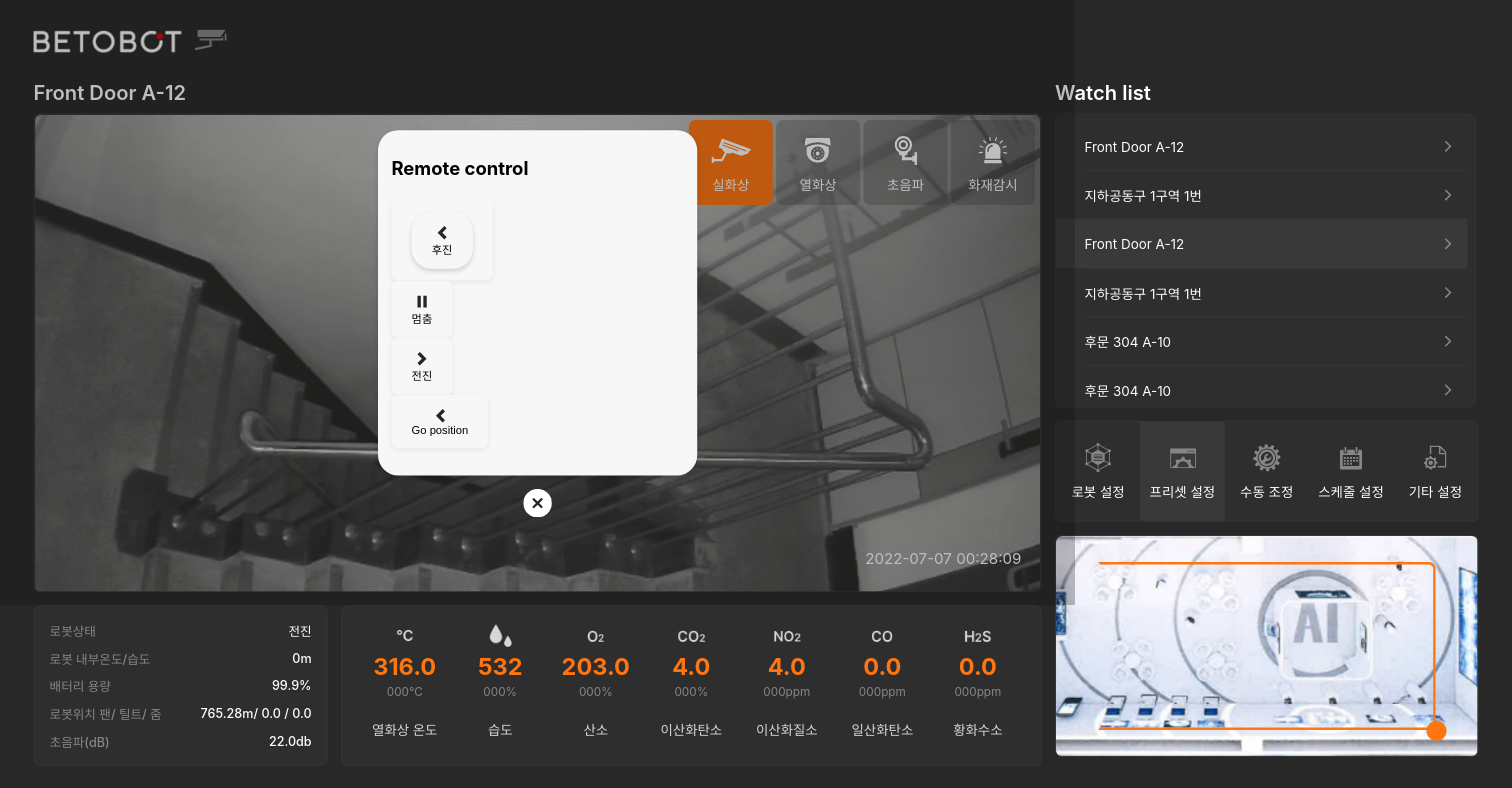
Repository: jang0ha/betobot
Page: content/main/main.html
These files come from the project's save history. The page is drawn as it stood at one moment and after the next save; the edit follows.
The browser window is 1280 px wide. The page is 1800 px wide, so the pictures cover 1800 px, including what lies to the right of the window. The pictures show the whole page, at 84% of full size.
Some web fonts or font styles are not loaded; a fallback is used. The style sheet was rebuilt from its Sass, Less or Tailwind sources for each picture, by a compiler version that may differ from the author's.

Above is the page before, as saved 2022-07-20 14:52:07.

After the next save:
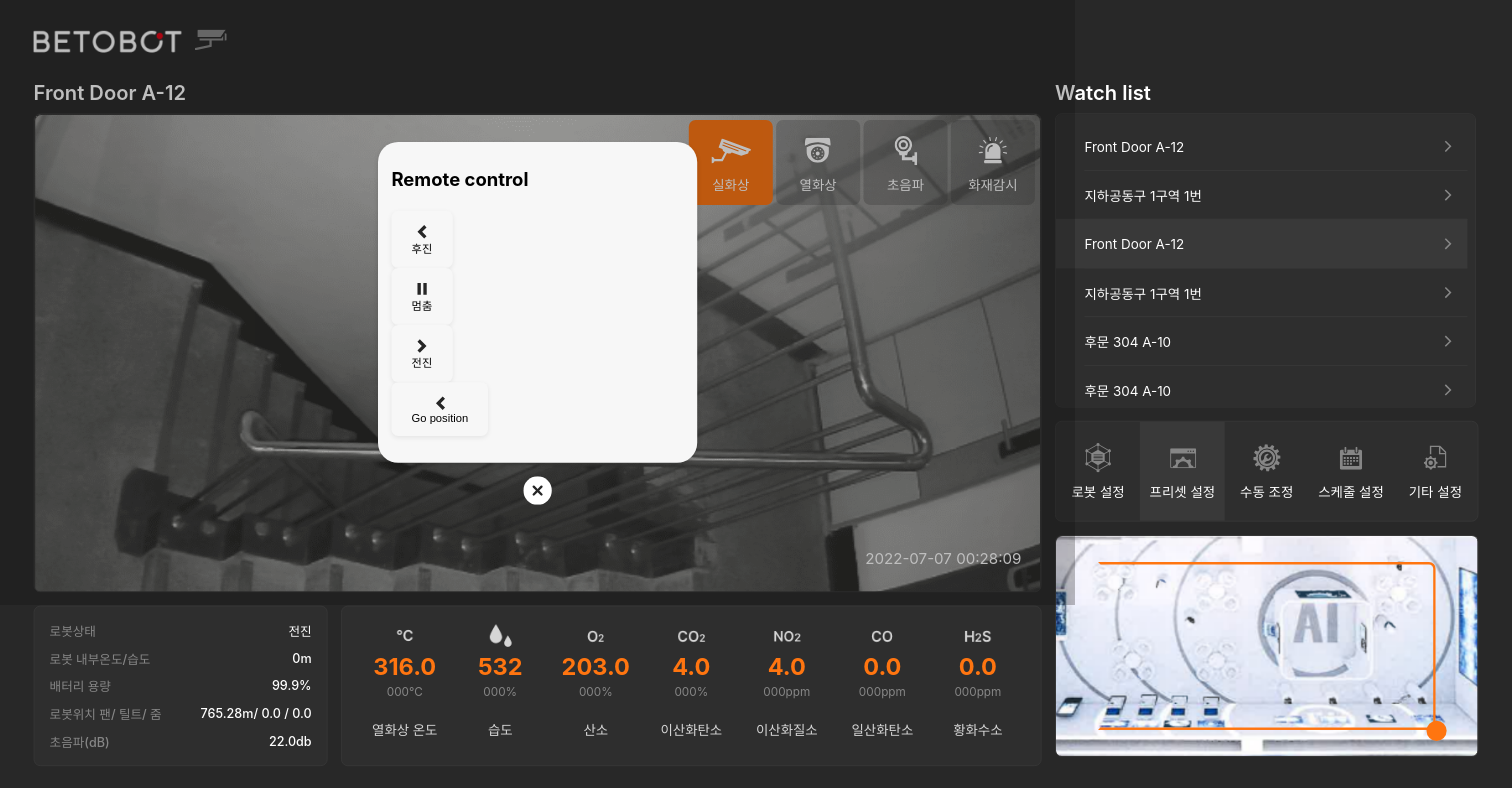
Saved 42 s later.
--- a/content/main/main.html
+++ b/content/main/main.html
@@ -235,10 +235,8 @@
             <div class="popup-body">
                 <div class="remote-direction">
                     <button type="button" class="remote-btn">
-                        <div class="btn-layer">
                             <i class="icon-remote-backup"></i>
                             <p>후진</p>
-                        </div>
                     </button>
                 </div>
                 <div class="remote-direction">
